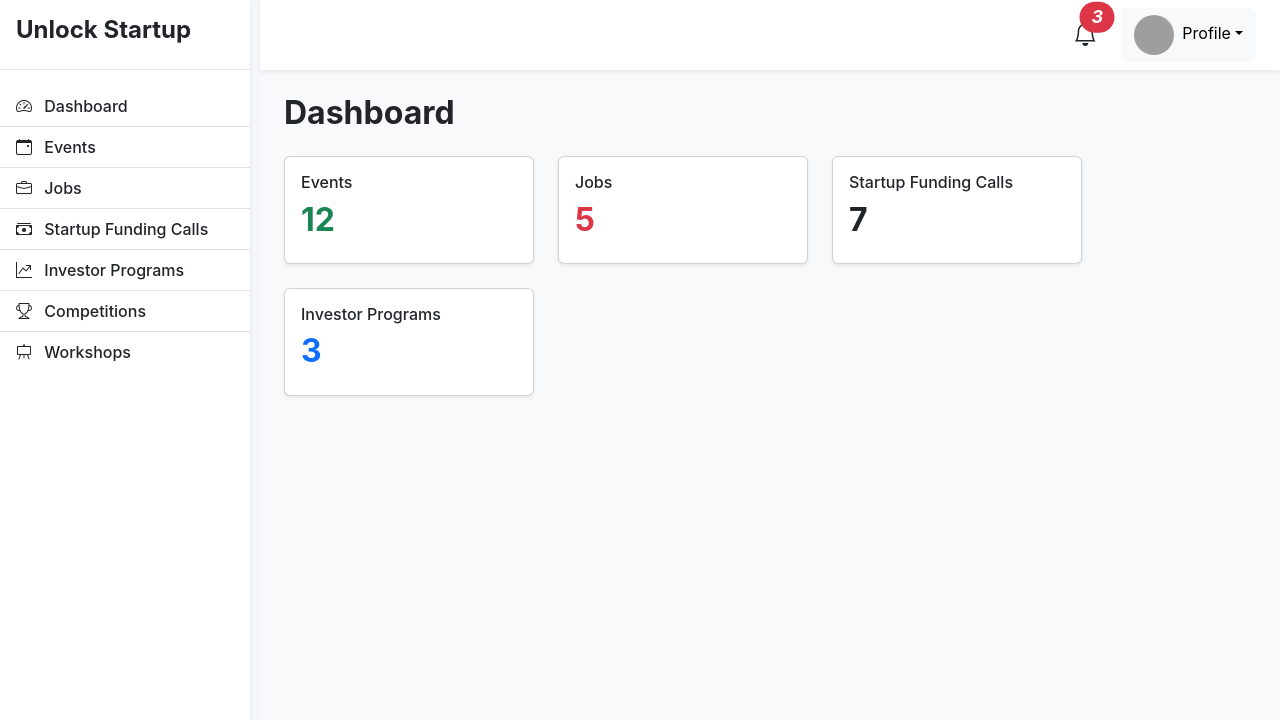
Repository: avmaurya07/unlock-dashboard
Page: /dashboard/publisher
The author's editor kept a copy of each file at every save. The page is drawn from the files as they stood at one save, then again after the next save.
The browser window is 1280 px wide. The pictures show the whole page.
Pictures or frames that could not be fetched are drawn as grey boxes. The project was rebuilt for these pictures with package versions that can differ from the ones it lists, and the page was loaded fresh each time. Also part of the build but not shown: vite.config.js, src/pages/Login.jsx, src/components/DashboardCard.jsx, src/pages/Events.jsx, src/pages/Jobs.jsx, src/pages/FundingCalls.jsx, src/pages/InvestorPrograms.jsx, src/pages/Competitions.jsx and 6 more.

Above is the page before, as saved 2025-12-28 17:14:49.

### index.html
<!doctype html>
<html lang="en">
  <head>
    <meta charset="UTF-8" />
    <link rel="icon" type="image/svg+xml" href="/vite.svg" />
    <meta name="viewport" content="width=device-width, initial-scale=1.0" />
    <title>unlock-dashboard</title>
  </head>
  <body>
    <div id="root"></div>
    <script type="module" src="/src/main.jsx"></script>
  </body>
</html>

### src/main.jsx
import { StrictMode } from 'react'
import { createRoot } from 'react-dom/client'
import './index.css'
import App from './App.jsx'
import 'bootstrap/dist/css/bootstrap.min.css';
import 'react-toastify/dist/ReactToastify.css';
import "bootstrap-icons/font/bootstrap-icons.css";
import "./styles/theme.css";

createRoot(document.getElementById('root')).render(
  <StrictMode>
    <App />
  </StrictMode>,
)

### src/index.css
:root {
  font-family: system-ui, Avenir, Helvetica, Arial, sans-serif;
  line-height: 1.5;
  font-weight: 400;

  color-scheme: light dark;
  color: rgba(255, 255, 255, 0.87);
  background-color: #242424;

  font-synthesis: none;
  text-rendering: optimizeLegibility;
  -webkit-font-smoothing: antialiased;
  -moz-osx-font-smoothing: grayscale;
}

a {
  font-weight: 500;
  color: #646cff;
  text-decoration: inherit;
}
a:hover {
  color: #535bf2;
}

body {
  margin: 0;
  display: flex;
  align-items: center;
  justify-content: center;
  min-width: 320px;
  min-height: 100vh;
}

h1 {
  font-size: 3.2em;
  line-height: 1.1;
}

button {
  border-radius: 8px;
  border: 1px solid transparent;
  padding: 0.6em 1.2em;
  font-size: 1em;
  font-weight: 500;
  font-family: inherit;
  background-color: #1a1a1a;
  cursor: pointer;
  transition: border-color 0.25s;
}
button:hover {
  border-color: #646cff;
}
button:focus,
button:focus-visible {
  outline: 4px auto -webkit-focus-ring-color;
}

@media (prefers-color-scheme: light) {
  :root {
    color: #213547;
    background-color: #ffffff;
  }
  a:hover {
    color: #747bff;
  }
  button {
    background-color: #f9f9f9;
  }
}

### src/App.jsx
import { BrowserRouter, Routes, Route } from "react-router-dom";

import Login from "./pages/Login";

// Layout
import MainLayout from "./layout/MainLayout";

// Shared Pages
import Dashboard from "./pages/Dashboard";

// Publisher Pages
import Events from "./pages/Events";
import Jobs from "./pages/Jobs";
import FundingCalls from "./pages/FundingCalls";
import InvestorPrograms from "./pages/InvestorPrograms";
import Competitions from "./pages/Competitions";
import Workshops from "./pages/Workshops";

// User + Admin
import UserDashboard from "./pages/UserDashboard";
import PublisherDashboard from "./pages/PublisherDashboard";
import AdminDashboard from "./pages/AdminDashboard";

function App() {
  return (
    <BrowserRouter>
      <Routes>

        {/* PUBLIC ROUTE */}
        <Route path="/" element={<Login />} />

        {/* USER DASHBOARD */}
        <Route path="/dashboard/user" element={<UserDashboard />} />

        {/* ADMIN DASHBOARD */}
        <Route path="/dashboard/admin" element={<AdminDashboard />} />

        {/* PUBLISHER DASHBOARD (WITH SIDEBAR + TOPBAR) */}
        <Route path="/dashboard/publisher" element={<MainLayout />}>
          <Route index element={<Dashboard />} />

          {/* NESTED PUBLISHER ROUTES */}
          <Route path="events" element={<Events />} />
          <Route path="jobs" element={<Jobs />} />
          <Route path="funding-calls" element={<FundingCalls />} />
          <Route path="investor-programs" element={<InvestorPrograms />} />
          <Route path="competitions" element={<Competitions />} />
          <Route path="workshops" element={<Workshops />} />
        </Route>

      </Routes>
    </BrowserRouter>
  );
}

export default App;

### src/styles/theme.css
/* ===== Ventic UI Global Styles ===== */

body {
  margin: 0;
  padding: 0;
  background: #f4f6f9; /* Light gray clean background */
  font-family: "Inter", sans-serif;
}

/* Remove bootstrap container limits */
.container {
  max-width: 100% !important;
}

/* Utility classes */
.text-gray {
  color: #6c757d;
}

/* Headings */
h1, h2, h3, h4, h5 {
  font-weight: 700;
  color: #212529;
}

/* Card Shadows */
.card-v {
  border: none !important;
  border-radius: 12px !important;
  background: #fff;
  box-shadow: 0 2px 10px rgba(0,0,0,0.08);
  padding: 20px;
  transition: all 0.2s ease;
}

.card-v:hover {
  transform: translateY(-2px);
  box-shadow: 0 4px 14px rgba(0, 0, 0, 0.12);
}

### src/layout/MainLayout.jsx
import Sidebar from "../components/Sidebar";
import Topbar from "../components/Topbar";
import { Outlet } from "react-router-dom";

export default function MainLayout() {
  return (
    <div className="d-flex" style={{ minHeight: "100vh", width: "100vw", overflowX: "hidden" }}>
      {/* Sidebar */}
      <div style={{ width: "260px", flexShrink: 0 }}>
        <Sidebar />
      </div>

      {/* Main Content */}
      <div className="flex-grow-1 d-flex flex-column bg-light" style={{ width: "100%" }}>
        <Topbar />

        <div className="p-4" style={{ width: "100%", flexGrow: 1 }}>
          <Outlet />
        </div>
      </div>
    </div>
  );
}

### src/pages/Dashboard.jsx
import DashboardCard from "../components/DashboardCard";
import MainLayout from "../layout/MainLayout";

export default function Dashboard() {
  return (
    <div style={{ width: "100%" }}>
      <h2 className="fw-bold mb-4">Dashboard</h2>

      <div className="d-flex gap-4 flex-wrap">
        <div className="card p-3 shadow-sm" style={{ width: "250px" }}>
          <h6>Events</h6>
          <h2 className="text-success">12</h2>
        </div>

        <div className="card p-3 shadow-sm" style={{ width: "250px" }}>
          <h6>Jobs</h6>
          <h2 className="text-danger">5</h2>
        </div>

        <div className="card p-3 shadow-sm" style={{ width: "250px" }}>
          <h6>Startup Funding Calls</h6>
          <h2 className="text-purple">7</h2>
        </div>

        <div className="card p-3 shadow-sm" style={{ width: "250px" }}>
          <h6>Investor Programs</h6>
          <h2 className="text-primary">3</h2>
        </div>
      </div>
    </div>
  );
}

### src/components/Sidebar.jsx
import { Link } from "react-router-dom";

export default function Sidebar() {
  return (
    <div className="sidebar bg-white shadow-sm" style={{ width: "250px", minHeight: "100vh" }}>
      <div className="p-3 border-bottom">
        <h4 className="fw-bold">Unlock Startup</h4>
      </div>

      <ul className="list-group list-group-flush mt-3">
        <Link to="/dashboard/publisher" className="list-group-item list-group-item-action">
          <i className="bi bi-speedometer2 me-2"></i> Dashboard
        </Link>

        <Link to="/dashboard/publisher/events" className="list-group-item list-group-item-action">
          <i className="bi bi-calendar-event me-2"></i> Events
        </Link>

        <Link to="/dashboard/publisher/jobs" className="list-group-item list-group-item-action">
          <i className="bi bi-briefcase me-2"></i> Jobs
        </Link>

        <Link to="/dashboard/publisher/funding-calls" className="list-group-item list-group-item-action">
          <i className="bi bi-cash-stack me-2"></i> Startup Funding Calls
        </Link>

        <Link to="/dashboard/publisher/investor-programs" className="list-group-item list-group-item-action">
          <i className="bi bi-graph-up-arrow me-2"></i> Investor Programs
        </Link>

        <Link to="/dashboard/publisher/competitions" className="list-group-item list-group-item-action">
          <i className="bi bi-trophy me-2"></i> Competitions
        </Link>

        <Link to="/dashboard/publisher/workshops" className="list-group-item list-group-item-action">
          <i className="bi bi-easel me-2"></i> Workshops
        </Link>
      </ul>
    </div>
  );
}

### src/components/Topbar.jsx
export default function Topbar() {
  return (
    <nav className="navbar navbar-light bg-white shadow-sm px-4 d-flex justify-content-between">
      <div></div>

      <div className="d-flex align-items-center gap-4">

        <i className="bi bi-bell fs-4 position-relative">
          <span className="position-absolute top-0 start-100 translate-middle badge rounded-pill bg-danger">
            3
          </span>
        </i>

        <div className="dropdown">
          <button className="btn btn-light dropdown-toggle" data-bs-toggle="dropdown">
            <img
              src="https://i.pravatar.cc/40"
              className="rounded-circle me-2"
              alt="profile"
            />
            Profile
          </button>
          <ul className="dropdown-menu dropdown-menu-end">
            <li><button className="dropdown-item">Settings</button></li>
            <li><button className="dropdown-item">Logout</button></li>
          </ul>
        </div>

      </div>
    </nav>
  );
}

After the next save:
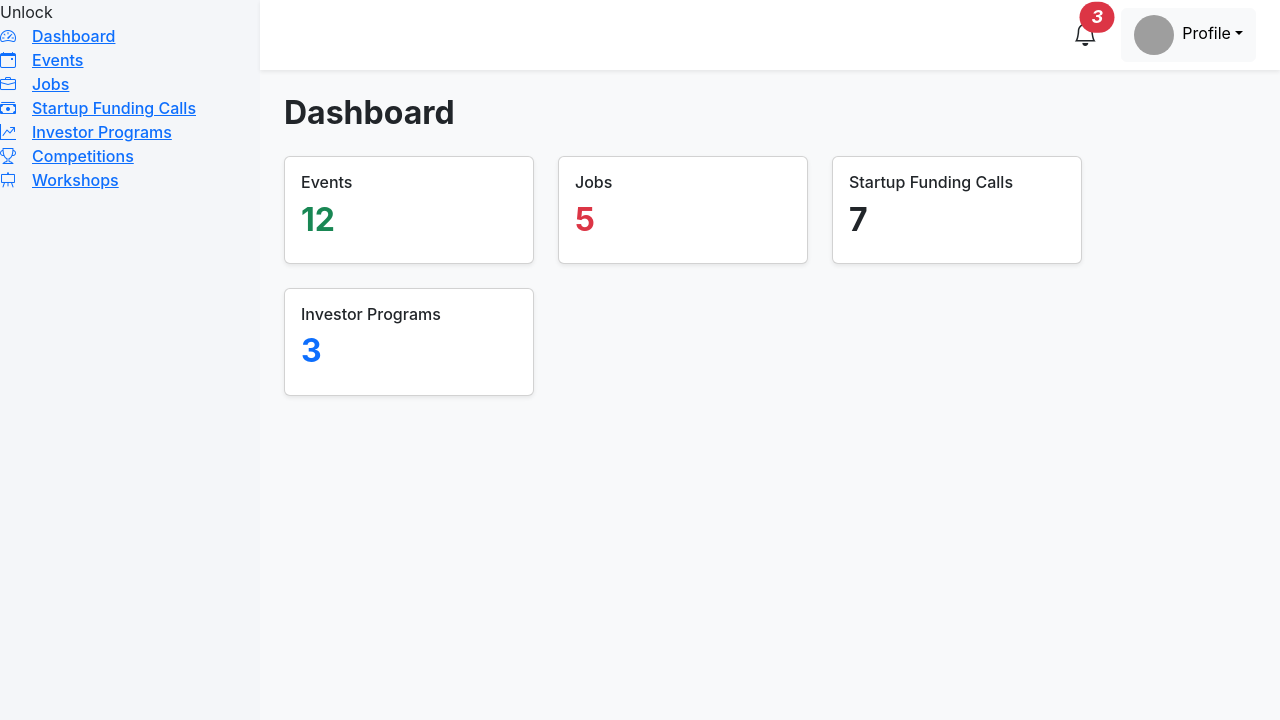
Saved 9 s later.
--- a/src/components/Sidebar.jsx
+++ b/src/components/Sidebar.jsx
@@ -1,40 +1,34 @@
-import { Link } from "react-router-dom";
+import { NavLink } from "react-router-dom";
 
 export default function Sidebar() {
+  const menu = [
+    { name: "Dashboard", icon: "bi-speedometer2", path: "/dashboard/publisher" },
+    { name: "Events", icon: "bi-calendar-event", path: "/dashboard/publisher/events" },
+    { name: "Jobs", icon: "bi-briefcase", path: "/dashboard/publisher/jobs" },
+    { name: "Startup Funding Calls", icon: "bi-cash-stack", path: "/dashboard/publisher/funding-calls" },
+    { name: "Investor Programs", icon: "bi-graph-up-arrow", path: "/dashboard/publisher/investor-programs" },
+    { name: "Competitions", icon: "bi-trophy", path: "/dashboard/publisher/competitions" },
+    { name: "Workshops", icon: "bi-easel", path: "/dashboard/publisher/workshops" }
+  ];
+
   return (
-    <div className="sidebar bg-white shadow-sm" style={{ width: "250px", minHeight: "100vh" }}>
-      <div className="p-3 border-bottom">
-        <h4 className="fw-bold">Unlock Startup</h4>
-      </div>
+    <div className="sidebar-container">
+      <div className="sidebar-header">Unlock</div>
 
-      <ul className="list-group list-group-flush mt-3">
-        <Link to="/dashboard/publisher" className="list-group-item list-group-item-action">
-          <i className="bi bi-speedometer2 me-2"></i> Dashboard
-        </Link>
-
-        <Link to="/dashboard/publisher/events" className="list-group-item list-group-item-action">
-          <i className="bi bi-calendar-event me-2"></i> Events
-        </Link>
-
-        <Link to="/dashboard/publisher/jobs" className="list-group-item list-group-item-action">
-          <i className="bi bi-briefcase me-2"></i> Jobs
-        </Link>
-
-        <Link to="/dashboard/publisher/funding-calls" className="list-group-item list-group-item-action">
-          <i className="bi bi-cash-stack me-2"></i> Startup Funding Calls
-        </Link>
-
-        <Link to="/dashboard/publisher/investor-programs" className="list-group-item list-group-item-action">
-          <i className="bi bi-graph-up-arrow me-2"></i> Investor Programs
-        </Link>
-
-        <Link to="/dashboard/publisher/competitions" className="list-group-item list-group-item-action">
-          <i className="bi bi-trophy me-2"></i> Competitions
-        </Link>
-
-        <Link to="/dashboard/publisher/workshops" className="list-group-item list-group-item-action">
-          <i className="bi bi-easel me-2"></i> Workshops
-        </Link>
+      <ul className="sidebar-menu list-unstyled">
+        {menu.map((item) => (
+          <li key={item.name}>
+            <NavLink
+              to={item.path}
+              className={({ isActive }) =>
+                "sidebar-link " + (isActive ? "active" : "")
+              }
+            >
+              <i className={`bi ${item.icon} me-3`}></i>
+              {item.name}
+            </NavLink>
+          </li>
+        ))}
       </ul>
     </div>
   );
